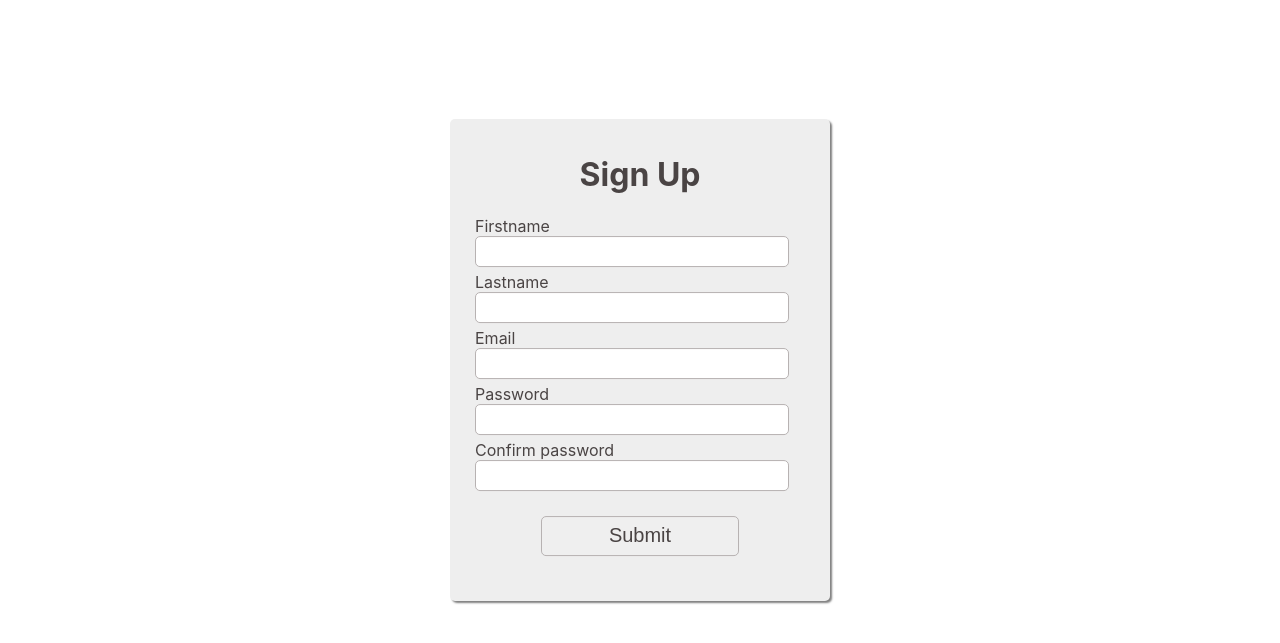
Repository: khamraeva/JSP-homework1-sighup
Page: /
An editor plug-in stored every save of this project. The page is shown before and after the next save, followed by the edit.
The browser window is 1280 px wide. The pictures show the whole page.
The project was rebuilt for these pictures with package versions that can differ from the ones it lists, and the page was loaded fresh each time. Also part of the build but not shown: src/Components/Input/Input.css.

Above is the page before, as saved 2020-07-22 19:07:26.

### src/App.js
import React from 'react';
import SignUp from './Components/SignUp/SignUp';


function App() {
  return (
    <div className="App">
      <SignUp />
    </div>
  );
}

export default App;

### src/Components/SignUp/SignUp.js
import React, { Component } from 'react';
import './SignUp.css';

class SignUp extends Component {
    render() {
        return (
            <div className={'signup-container'}>
                <h1>Sign Up</h1>
                <form className={'signup-form'}>
                    <label>Firstname</label>
                    <input
                        className='input'
                        type='text'
                    />
                    <label>Lastname</label>
                    <input
                        className='input'
                        type='text'
                    />
                    <label>Email</label>
                    <input
                        className='input'
                        type='text'
                    />
                    <label>Password</label>
                    <input
                        className='input'
                        type='password'
                    />
                    <label>Confirm password</label>
                    <input
                        className='input'
                        type='password'
                    />
                    <div className='btn-wrapper'>
                        <button>Submit</button>
                    </div>
                </form>
            </div>
        )
    }
}

export default SignUp

### src/Components/SignUp/SignUp.css
.signup-container {
    padding: 50px;
    background: #ccc;
    position: fixed; top: 50%; left: 50%;
    transform: translate(-50%, -50%);
    width: 350px;
    background: #eee;
    box-shadow: 2px 2px 2px rgba(0, 0, 0, .5);
    padding: 15px;
    border-radius: 5px;
}

.signup-container h1 {
    text-align: center;
    color: rgb(74, 68, 68);
}

.signup-form {
    margin: 10px;
}

.signup-form label {
    color: rgb(74, 68, 68);
}

.input {
    display: block;
    box-sizing: border-box;
    border: 1px solid #bebebe;
    padding: 7px;
    margin: 0 0 5px;
    width: 95%;
    outline: none;
    border-radius: 5px;
    border: 1px solid rgb(183, 178, 178);
}

.btn-wrapper {
    display: flex;
    justify-content: center;
}

.btn-wrapper button {
    color: rgb(74, 68, 68);
    font-size: 20px;
    width: 60%;
    height: 40px;
    margin: 20px 0;
    border-radius: 5px;
    border: 1px solid rgb(183, 178, 178);
}

.btn-wrapper button:hover {
    background-color: rgba(183, 178, 178, .6);
    transition: all .3s ease-in-out;
}

.btn-wrapper button:focus {
    outline: none;
    }

.btn-wrapper button:active {
        box-shadow: inset 2px 2px 1px rgba(0, 0, 0, .3);
    }

### src/Components/Input/Input.js
import React from 'react';
import './Input.css';

const Input = (props) => {
    return (
        <>
            <label>{props.label}</label>
            <input type={props.type}/>
        </>
    );
}

export default Input

Loaded but not shown: public/index.html (common file); src/index.js (common file); src/index.css (common file); src/serviceWorker.js (common file)

After the next save:
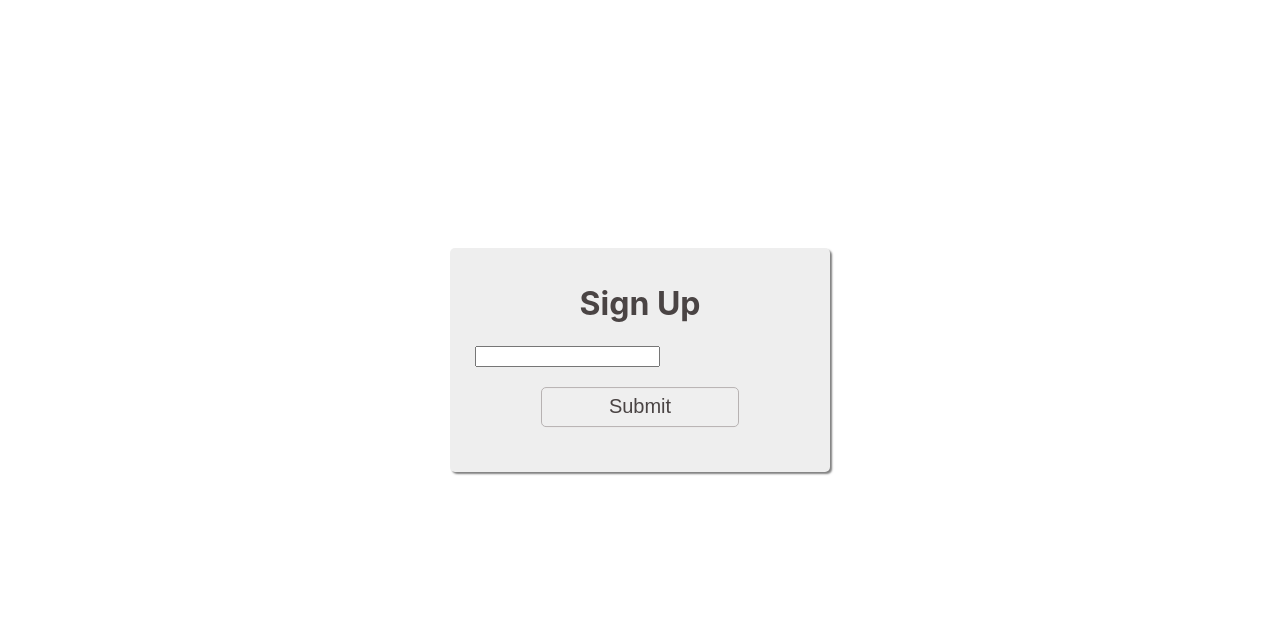
Saved 2 min 48 s later.
--- a/src/Components/SignUp/SignUp.js
+++ b/src/Components/SignUp/SignUp.js
@@ -1,13 +1,37 @@
 import React, { Component } from 'react';
+import Input from '../Input/Input';
 import './SignUp.css';
 
+
+const inputs = [
+    {
+        label: 'Firstname',
+        type:'text'
+    },
+    {
+        label: 'First name',
+        type:'text'
+    },
+    {
+        label: 'Lastname',
+        type:'text'
+    },
+    {
+        label: 'Firstname',
+        type:'text'
+    }
+]
+
 class SignUp extends Component {
+
+
     render() {
         return (
             <div className={'signup-container'}>
                 <h1>Sign Up</h1>
                 <form className={'signup-form'}>
-                    <label>Firstname</label>
+                    < Input />
+                    {/* <label>Firstname</label>
                     <input
                         className='input'
                         type='text'
@@ -31,7 +55,7 @@ class SignUp extends Component {
                     <input
                         className='input'
                         type='password'
-                    />
+                    /> */}
                     <div className='btn-wrapper'>
                         <button>Submit</button>
                     </div>
